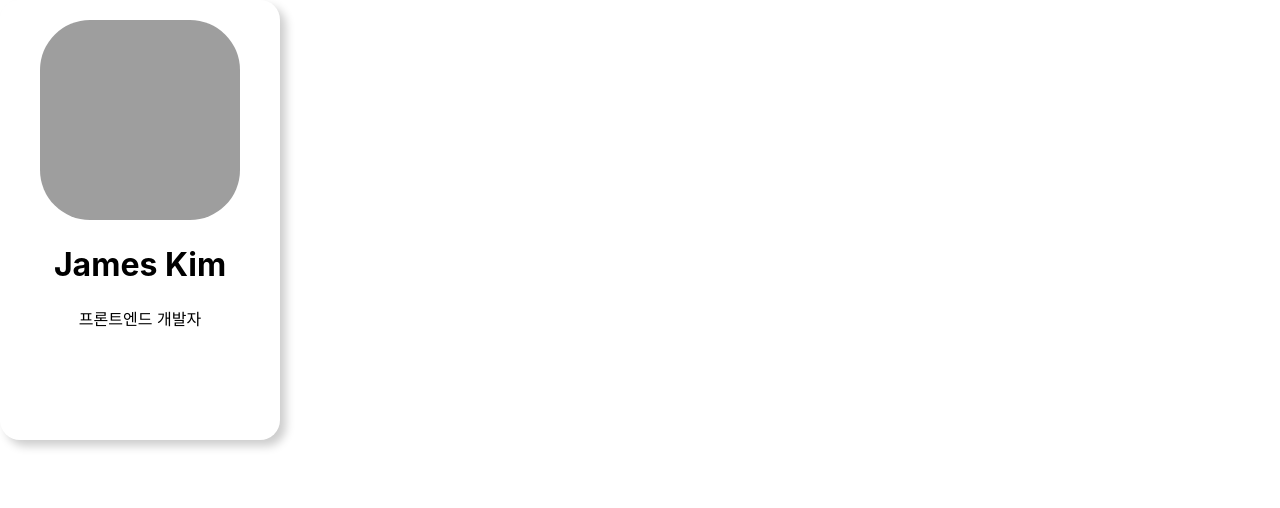
Repository: dnjfht/css-example
Page: /
These files come from the project's save history. The page is drawn as it stood at one moment and after a run of saves; the edit follows.
The browser window is 1280 px wide. The pictures show the whole page.
Pictures or frames that could not be fetched are drawn as grey boxes. The project was rebuilt for these pictures with package versions that can differ from the ones it lists, and the page was loaded fresh each time. Also part of the build but not shown: src/App.css.

Above is the page before, as saved 2023-05-09 09:07:38.

After the next 2 saves:
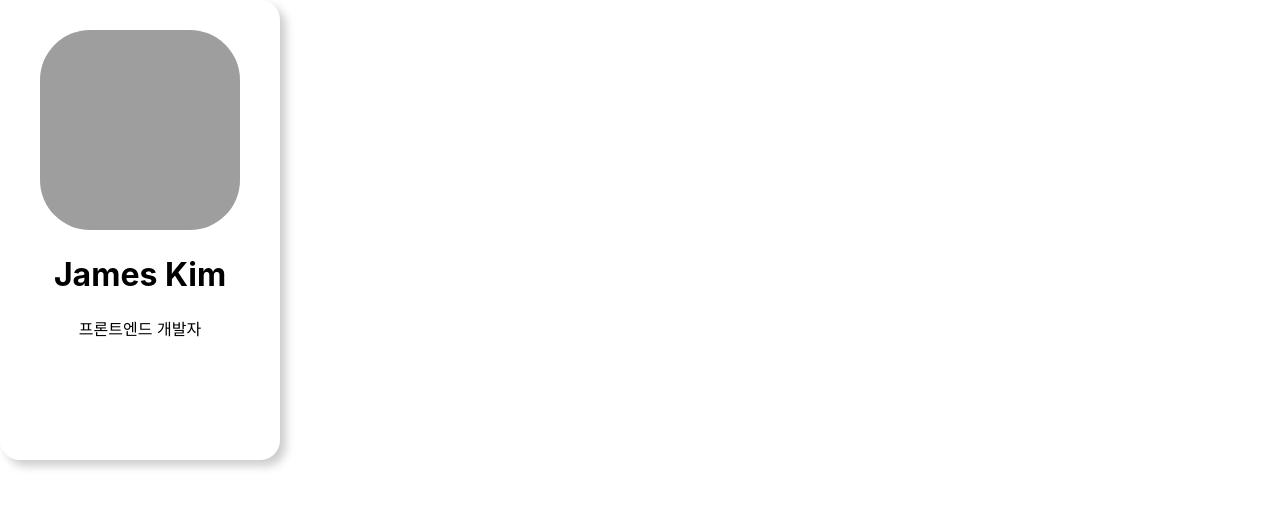
The 2 saves are shown as one change because 1 did not build or start.
The last was saved 29 s later.
--- a/src/components/Profile.jsx
+++ b/src/components/Profile.jsx
@@ -6,7 +6,7 @@ export default function Profile() {
       style={{
         width: 240,
         height: 400,
-        padding: 20,
+        padding: "30px 20px",
         textAlign: "center",
         borderRadius: 20,
         boxShadow: "6px 6px 10px rgba(0,0,0,0.2)",
